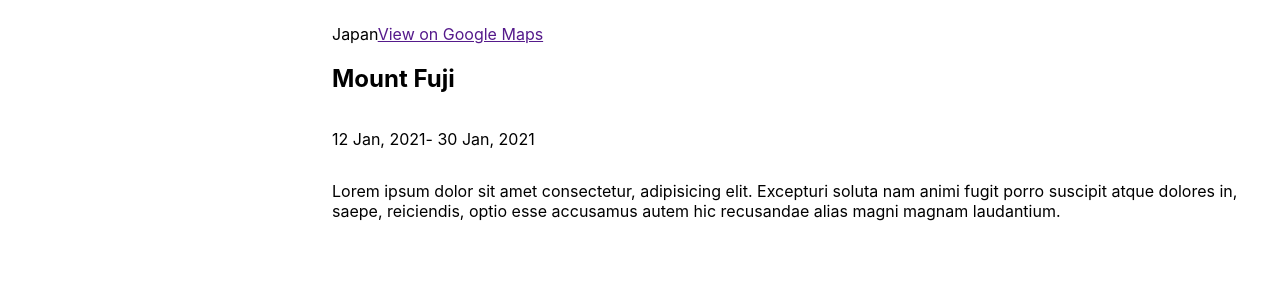
Repository: BuduCE/travel-journal
Page: /
An editor plug-in stored every save of this project. The page is shown before and after the next save, followed by the edit.
The browser window is 1280 px wide. The pictures show the whole page.
The project was rebuilt for these pictures with package versions that can differ from the ones it lists, and the page was loaded fresh each time. Also part of the build but not shown: src/components/Home/styles.css, src/components/Home/index.jsx.

Above is the page before, as saved 2022-08-25 11:27:52.

### src/App.js
import './App.css';
import Home from './components/Home';
import Tour from './components/Tour';

function App() {
  return (
    <div className="App">
      {/* <Home /> */}
      <Tour />
    </div>
  );
}

export default App;

### src/components/Tour/index.jsx
import './styles.css'

const Tour = () => {
  return (
    <div className='Tour'>
      <div className="tour-img">

      </div>
      <div className="tour-info">
        <div className="tour-loc">
          <img src="" alt="" />
          <span>Japan</span>
          <a href="">View on Google Maps</a>
        </div>
        <h2>Mount Fuji</h2>
        <div className="tour-data">
          <p>12 Jan, 2021</p>
          <p>- 30 Jan, 2021</p>
        </div>

        <p className='tour-desc'>
          Lorem ipsum dolor sit amet consectetur, adipisicing elit. Excepturi soluta nam animi fugit porro suscipit atque dolores in, saepe, reiciendis, optio esse accusamus autem hic recusandae alias magni magnam laudantium.
        </p>
      </div>
    </div>
  )
}

export default Tour

### src/components/Tour/styles.css
.Tour{
    display: grid;
    grid-template-columns: 1fr 3fr;
    padding: 24px;

}
.tour-data{
    display: flex;
}
.tour-desc{
    width: ;
}

Loaded but not shown: public/index.html (common file); src/index.js (common file); src/index.css (common file); src/reportWebVitals.js (common file); src/App.css (common file)

After the next save:
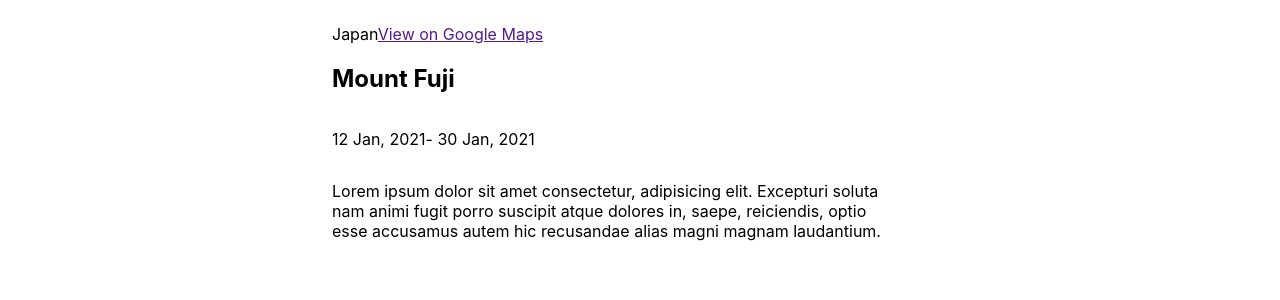
Saved 6 s later.
--- a/src/components/Tour/styles.css
+++ b/src/components/Tour/styles.css
@@ -8,5 +8,5 @@
     display: flex;
 }
 .tour-desc{
-    width: ;
+    width: 60%;
 }
